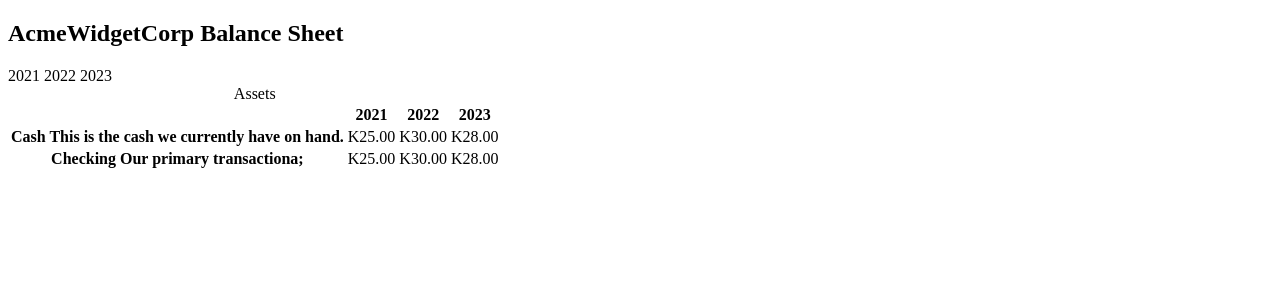
Repository: Lungdjos/balance_shee
Page: index.html
These files come from the project's save history. The page is drawn as it stood at one moment and after a run of saves; the edit follows.
The browser window is 1280 px wide. The pictures show the whole page.

Above is the page before, as saved 2023-10-31 08:49:31.

### index.html
<!DOCTYPE html>
<html lang="en">

<head>
    <meta charset="UTF-8">
    <meta name="viewport" content="width=device-width, initial-scale=1.0">
    <title>Balance Sheet</title>
    <link rel="stylesheet" href="styles.css">
</head>

<body>
    <main>
        <section>
            <h1>
                <span class="flex">
                <span>AcmeWidgetCorp</span>
                <span>Balance Sheet</span>
                </span>
            </h1>
            <div id="years" aria-hidden="true">
                <span class="year">2021</span>
                <span class="year">2022</span>
                <span class="year">2023</span>
            </div>
            <div class="table-wrap">
                <table>
                    <caption>Assets</caption>
                    <thead>
                        <tr>
                            <td></td>
                            <th><span class="sr-only year">2021</span></th>
                            <th><span class="sr-only year">2022</span></th>
                            <th class="current"><span class="current">2023</span></th>
                        </tr>
                    </thead>
                    <tbody>
                        <tr class="data">
                            <th>
                                Cash <span class="description">This is the cash we currently have on hand.</span>
                            </th>
                            <td>K25.00</td>
                            <td>K30.00</td>
                            <td class="current">K28.00</td>
                        </tr>
                        <tr class="data">
                            <th>
                                Checking <span class="description">Our primary transactiona;</span>
                            </th>
                            <td>K25.00</td>
                            <td>K30.00</td>
                            <td class="current">K28.00</td>
                        </tr>
                        <tr class="data"></tr>
                        <tr class="total"></tr>
                    </tbody>
                </table>
                <table></table>
                <table></table>
            </div>
        </section>
    </main>
</body>

</html>

</html>

Loaded but not shown: styles.css (no copy from this time; the picture is the same without it)

After the next 2 saves:
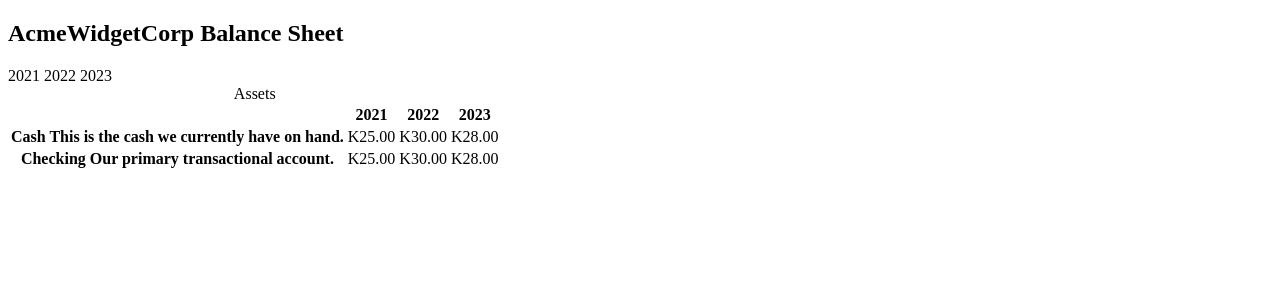
The 2 saves are shown as one change because they came seconds apart.
The last was saved 5 s later.
--- a/index.html
+++ b/index.html
@@ -44,7 +44,7 @@
                         </tr>
                         <tr class="data">
                             <th>
-                                Checking <span class="description">Our primary transactiona;</span>
+                                Checking <span class="description">Our primary transactional account.</span>
                             </th>
                             <td>K25.00</td>
                             <td>K30.00</td>
